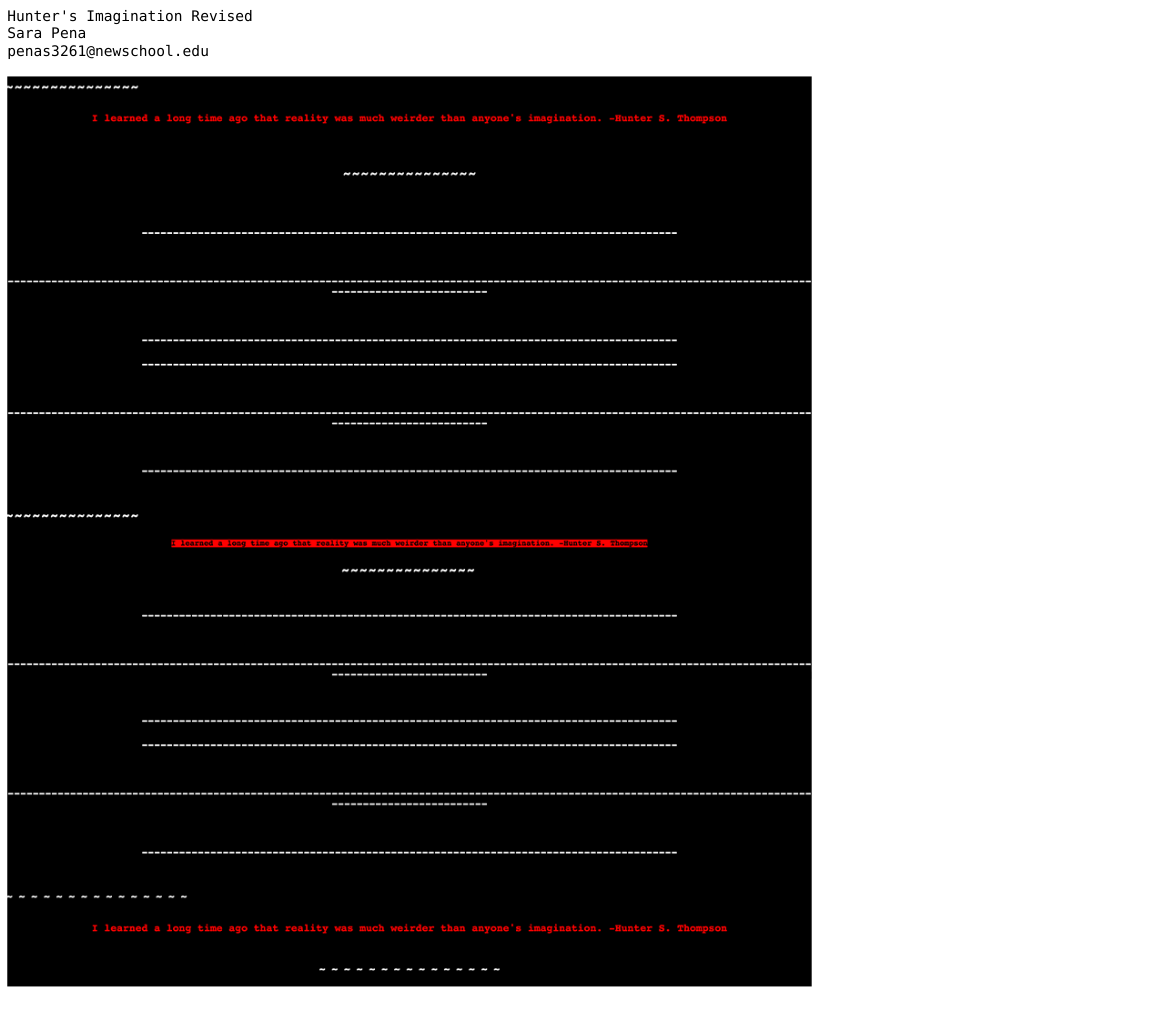
Repository: ortik455/ortik455.github.io
Page: lab/archive/photo/sara.html
The author's editor kept a record of every edit. The page is drawn from the files as they stood at one moment, then again after the next edit.
The browser window is 1280 px wide. The pictures show the whole page, at 91% of full size.

Above is the page before.

After the next edit:
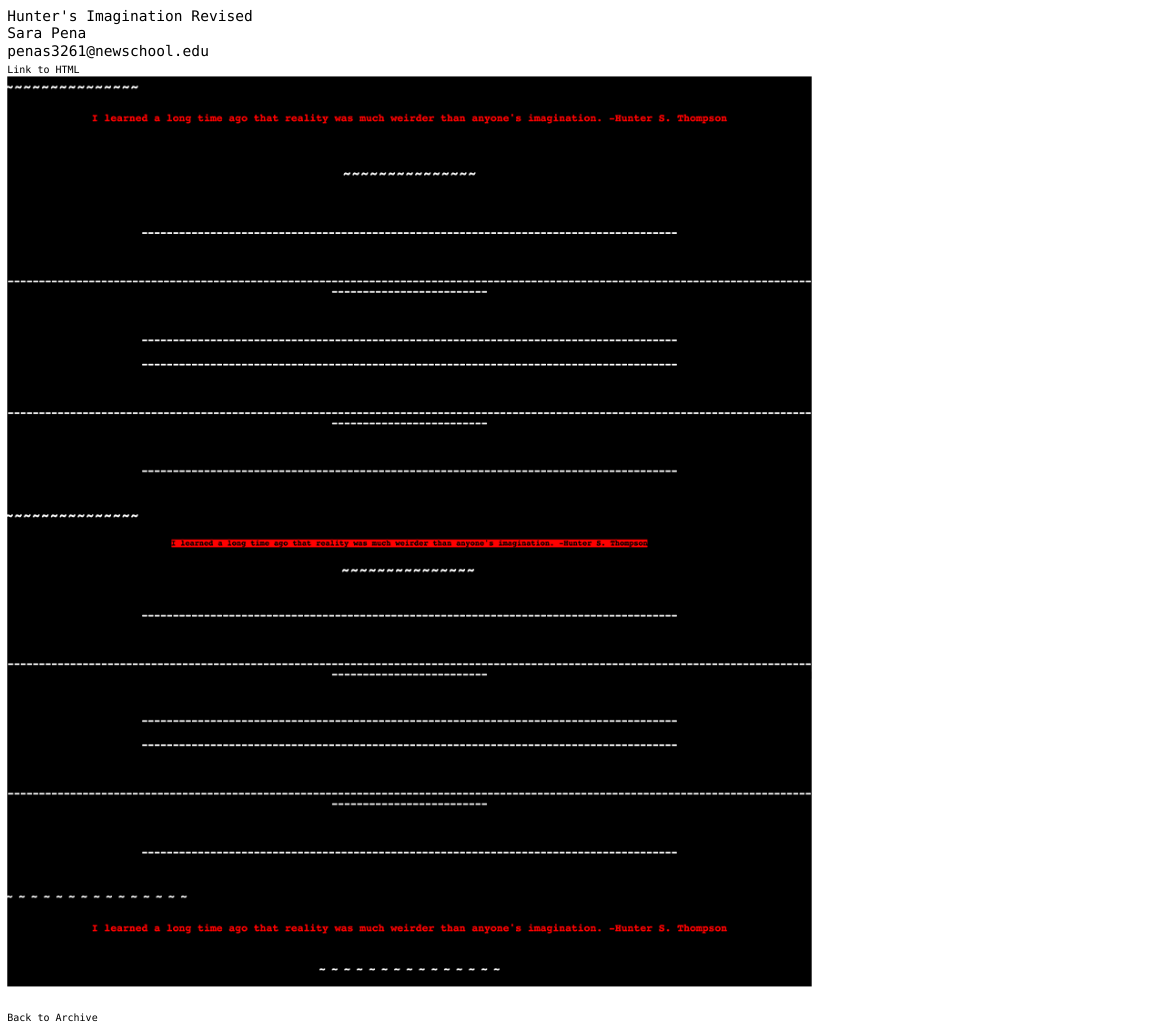
The edit:
--- a/lab/archive/photo/sara.html
+++ b/lab/archive/photo/sara.html
@@ -13,6 +13,7 @@
 	    <br>
 	    penas3261@newschool.edu
 	    <br>
+	    <div class="other2">
 	    <a href="http://penas326.github.io/lab/composition/index.html" class="back">Link to HTML</a>
 	<div id="pic">
 		<img src="7sara.png" alt="">
